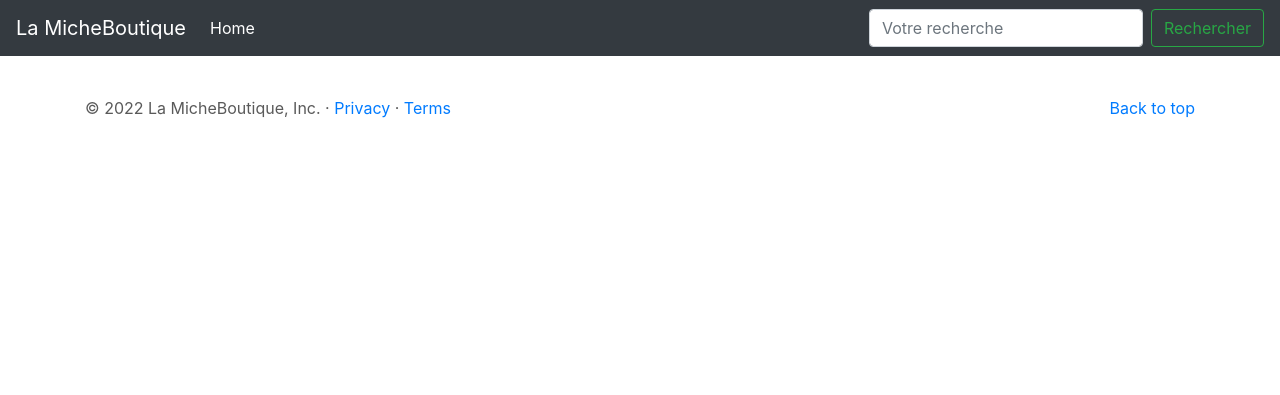
Repository: Michelhof1978/La-MicheBoutique
Page: templates/security/login.html.twig
These files come from the project's save history. The page is drawn as it stood at one moment and after a run of saves; the edit follows.
The browser window is 1280 px wide. The pictures show the whole page.
The page is a Twig template of a Symfony application; nobody is signed in and links lead nowhere. The template is opened directly, without the code that normally fills it, so the values that code supplies are empty.

Above is the page before, as saved 2022-01-17 10:24:12.

After the next 2 saves:
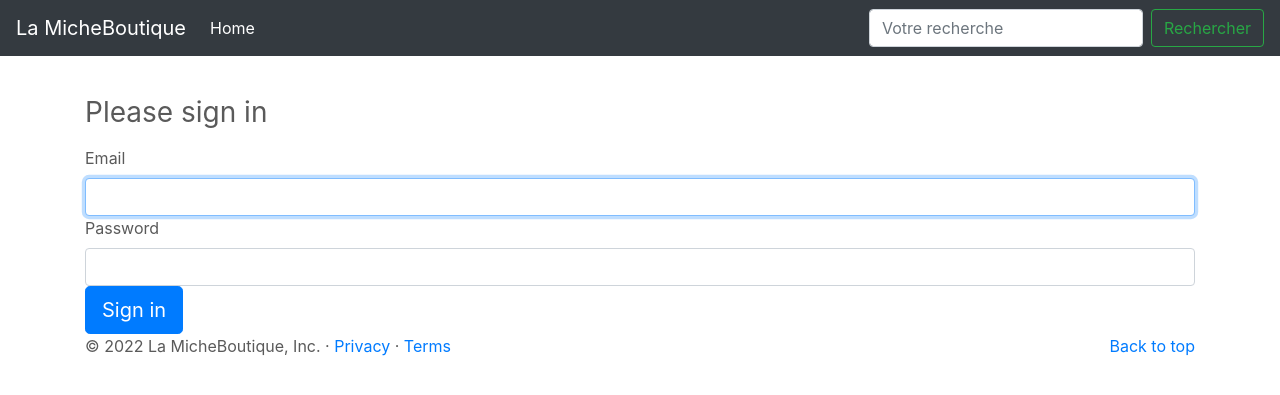
The 2 saves are shown as one change because 1 did not build or start.
The last was saved 59 s later.
--- a/templates/security/login.html.twig
+++ b/templates/security/login.html.twig
@@ -2,7 +2,7 @@
 
 {% block title %}Se connecter à la Miche Boutique{% endblock %}
 
-{% block body %}
+{% block content %}
 <form method="post">
     {% if error %}
         <div class="alert alert-danger">{{ error.messageKey|trans(error.messageData, 'security') }}</div>
